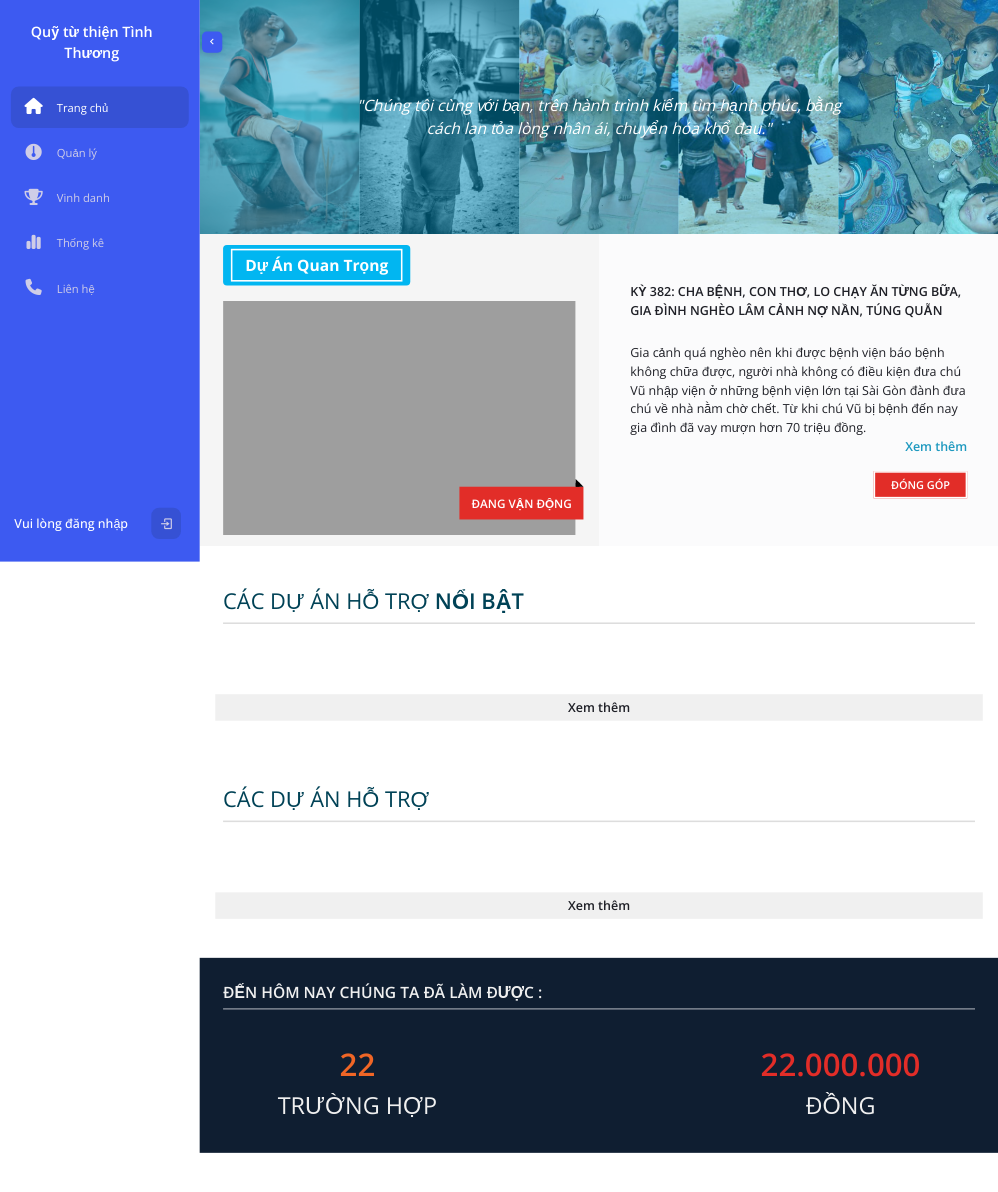
Repository: PhamTrungNguyen/tu-thien
Page: / (app in frontend/my-app/)
The author's editor kept a copy of each file at every save. The page is drawn from the files as they stood at one save, then again after the next save.
The browser window is 1280 px wide. The pictures show the whole page, at 78% of full size.
Pictures or frames that could not be fetched are drawn as grey boxes. The page's requests for data from a server got no answer. The project was rebuilt for these pictures with package versions that can differ from the ones it lists, and the page was loaded fresh each time. No one was signed in, and anything a server would have sent is missing. Also part of the build but not shown: frontend/my-app/src/js/SignUpJS.js, frontend/my-app/src/components/input/Input.js, frontend/my-app/src/components/radio/Radio.js, frontend/my-app/src/layout/signPage/FormDialog.js, frontend/my-app/src/components/icon/IconEyeOpen.js, frontend/my-app/src/components/icon/IconEyeClose.js, frontend/my-app/src/layout/signPage/SignUpPage.js, frontend/my-app/src/layout/signPage/SignInPage.js and 19 more.

Above is the page before, as saved 2022-11-13 20:58:58.

### frontend/my-app/public/index.html
<!DOCTYPE html>
<html lang="en">

<head>
  <meta charset="utf-8" />
  <link rel="icon" href="%PUBLIC_URL%/favicon.ico" />
  <meta name="viewport" content="width=device-width, initial-scale=1" />
  <meta name="theme-color" content="#000000" />
  <meta name="description" content="Web site created using create-react-app" />
  <link rel="apple-touch-icon" href="%PUBLIC_URL%/logo192.png" />
  <!--
      manifest.json provides metadata used when your web app is installed on a
      user's mobile device or desktop. See https://developers.google.com/web/fundamentals/web-app-manifest/
    -->
  <link rel="manifest" href="%PUBLIC_URL%/manifest.json" />
  <link href="https://unpkg.com/boxicons@2.0.9/css/boxicons.min.css" rel="stylesheet" />
  <!-- icon -->
  <link rel="stylesheet" href="https://cdnjs.cloudflare.com/ajax/libs/font-awesome/6.2.0/css/all.min.css"
    integrity="sha512-xh6O/CkQoPOWDdYTDqeRdPCVd1SpvCA9XXcUnZS2FmJNp1coAFzvtCN9BmamE+4aHK8yyUHUSCcJHgXloTyT2A=="
    crossorigin="anonymous" referrerpolicy="no-referrer" />
  <!-- font -->
  <link rel="preconnect" href="https://fonts.googleapis.com">
  <link rel="preconnect" href="https://fonts.gstatic.com" crossorigin>
  <link href="https://fonts.googleapis.com/css2?family=Open+Sans:wght@400;500;600;700&display=swap" rel="stylesheet">
  <!--
      Notice the use of %PUBLIC_URL% in the tags above.
      It will be replaced with the URL of the `public` folder during the build.
      Only files inside the `public` folder can be referenced from the HTML.

      Unlike "/favicon.ico" or "favicon.ico", "%PUBLIC_URL%/favicon.ico" will
      work correctly both with client-side routing and a non-root public URL.
      Learn how to configure a non-root public URL by running `npm run build`.
    -->
  <title>React App</title>
</head>

<body>
  <noscript>You need to enable JavaScript to run this app.</noscript>
  <div id="root"></div>
  <!--
      This HTML file is a template.
      If you open it directly in the browser, you will see an empty page.

      You can add webfonts, meta tags, or analytics to this file.
      The build step will place the bundled scripts into the <body> tag.

      To begin the development, run `npm start` or `yarn start`.
      To create a production bundle, use `npm run build` or `yarn build`.
    -->
</body>

</html>

### frontend/my-app/src/index.css
@tailwind base;
@tailwind components;
@tailwind utilities;
@import url("https://fonts.googleapis.com/css2?family=Dancing+Script:wght@400;500;600;700&display=swap");
@import url("https://fonts.googleapis.com/css2?family=Roboto:ital,wght@0,400;0,500;1,400&display=swap");
body {
  margin: 0;
  font-family: -apple-system, BlinkMacSystemFont, "Segoe UI", "Roboto", "Oxygen",
    "Ubuntu", "Cantarell", "Fira Sans", "Droid Sans", "Helvetica Neue",
    sans-serif;
  -webkit-font-smoothing: antialiased;
  -moz-osx-font-smoothing: grayscale;
}

code {
  font-family: source-code-pro, Menlo, Monaco, Consolas, "Courier New",
    monospace;
}

### frontend/my-app/src/App.css
body {
  font-family: "Open Sans", sans-serif;
}
.hidden-input {
  border: 0;
  clip: rect(0 0 0 0);
  height: 1px;
  margin: -1px;
  overflow: hidden;
  padding: 0;
  position: absolute;
  width: 1px;
  white-space: nowrap;
}
.pagination {
  display: flex;
  align-items: center;
  justify-content: center;
  gap: 0 1rem;
  font-size: 20px;
  transition: all 0.25s linear;
}
/* .pagination :hover {
  color: fuchsia;
} */
.selected {
  background-color: black;
  padding: 0px 7px;
  border-radius: 10px;
  color: white;
}

.previous {
}

### frontend/my-app/src/pages/HomePage.js
import React from "react";
import SidebarMenu from "../layout/homePage/SidebarMenu";
import "../css/homePageCSS.css";
import MainImage from "../layout/homePage/MainImage";
import ProjectImportant from "../layout/homePage/ProjectImportant";
import BarItem from "../components/bar/BarItem";
import ProjectList from "../layout/homePage/ProjectListHot";
import LoadMore from "../layout/homePage/LoadMore";
import Banner from "../layout/homePage/Banner";
import { useSelector } from "react-redux";
import UploadImage from "../layout/UploadImage";
import ProjectListHot from "../layout/homePage/ProjectListHot";

// import "../js/sidebarMenuJS";
const HomePage = () => {
	const user = JSON.parse(localStorage.getItem('userLogin'))
	return (

		<div className="flex">
			{/* <SidebarMenu props={user}></SidebarMenu> */}
			<main>

				<MainImage></MainImage>
				<ProjectImportant></ProjectImportant>
				<div className="">
					<BarItem>Nổi bật</BarItem>
					<ProjectListHot></ProjectListHot>
					<LoadMore></LoadMore>
				</div>
				<div className="">
					<BarItem></BarItem>
					<ProjectList></ProjectList>
					<LoadMore></LoadMore>
				</div>
				<Banner></Banner>
			</main>
		</div>
	);
};

export default HomePage;

### frontend/my-app/src/css/homePageCSS.css
@import url("https://fonts.googleapis.com/css2?family=Poppins:wght@200;300;400;500;600;700&display=swap");

*,
*::before,
*::after {
  padding: 0;
  margin: 0;
  box-sizing: border-box;
}

:root {
  --main-color: #3d5af1;
  --main-color-dark: #3651d4;
  --main-color-light: #5872f5;
  --text-color: #cfcde7;
}

body {
  font-family: "Open Sans", sans-serif;
  overflow-x: hidden;
  background-color: #ffffff;
}

/* a {
  text-decoration: none;
} */

ul {
  list-style: none;
}

nav {
  position: sticky;
  top: 0;
  left: 0;
  height: 100vh;
  background-color: var(--main-color);
  width: 16rem;
  padding: 1.8rem 0.85rem;
  color: #fff;
  display: flex;
  flex-direction: column;
  transition: width 0.5s ease-in-out;
  z-index: 5;
}

nav::before {
  content: "";
  position: absolute;
  width: 2rem;
  height: 100%;
  top: 0;
  left: 100%;
}

main {
  flex: 1;
  padding: 0;
  padding-top: 0;
  color: #1f2027;
  display: flex;
  flex-direction: column;
}

main h1 {
  margin-bottom: 1rem;
}

main .copyright {
  margin-top: auto;
  font-size: 0.9rem;
}

main .copyright span {
  color: var(--main-color);
  font-weight: 500;
  cursor: pointer;
}
/* ---------------- */
a.active {
  width: 100%;
  height: 53px;
  background-color: var(--main-color-dark);
  border-radius: 10px;
  transition: top 0.3s;
}
/* ---------------- */
.sidebar-top {
  position: relative;
  display: flex;
  align-items: center;
}

.sidebar-top .logo {
  width: 2.1rem;
  margin: 0 0.8rem;
}

.sidebar-top h3 {
  padding-left: 0.5rem;
  font-weight: 600;
  font-size: 1.15rem;
}

.shrink-btn {
  position: absolute;
  top: 50%;
  height: 27px;
  padding: 0 0.3rem;
  background-color: var(--main-color);
  border-radius: 6px;
  cursor: pointer;
  box-shadow: 0 3px 10px -3px rgba(70, 46, 118, 0.3);
  right: -2.65rem;
  transform: translateY(-50%) translateX(-8px);
  opacity: 0;
  pointer-events: none;
  transition: 0.3s;
}

.shrink-btn i {
  line-height: 27px;
  transition: 0.3s;
}

.shrink-btn:hover {
  background-color: var(--main-color-dark);
}

nav:hover .shrink-btn,
.shrink-btn.hovered {
  transform: translateY(-50%) translateX(0px);
  opacity: 1;
  pointer-events: all;
}

.search {
  min-height: 2.7rem;
  background-color: var(--main-color-light);
  margin: 2rem 0.5rem 1.7rem;
  display: grid;
  grid-template-columns: 2.7rem 1fr;
  align-items: center;
  text-align: center;
  border-radius: 50px;
  cursor: pointer;
}

.search input {
  height: 100%;
  border: none;
  background: none;
  outline: none;
  color: #fff;
  caret-color: #fff;
  font-family: inherit;
}

.search input::placeholder {
  color: var(--text-color);
}

.sidebar-links ul {
  position: relative;
}

.sidebar-links li {
  position: relative;
  padding: 2.5px 0;
}

.sidebar-links a {
  color: var(--text-color);
  font-weight: 400;
  font-size: 0.9rem;
  display: flex;
  align-items: center;
  height: 53px;
}

.icon {
  font-size: 1.3rem;
  text-align: center;
  min-width: 3.7rem;
  display: grid;
  grid-template-columns: 1fr;
  grid-template-rows: 1fr;
}

.icon i {
  grid-column: 1 / 2;
  grid-row: 1 / 2;
  transition: 0.3s;
}

/* .icon i:last-child {
  opacity: 0;
  color: #fff;
} */

.sidebar-links a.active,
.sidebar-links a:hover {
  color: #fff;
}

.sidebar-links a .link {
  transition: opacity 0.3s 0.2s, color 0.3s;
}

.sidebar-links a.active i:first-child {
  opacity: 0;
}

.sidebar-links a.active i:last-child {
  opacity: 1;
}

.active-tab {
  width: 100%;
  height: 53px;
  background-color: var(--main-color-dark);
  border-radius: 10px;
  position: absolute;
  top: 2.5px;
  left: 0;
  transition: top 0.3s;
}

.sidebar-links h4 {
  position: relative;
  font-size: 0.8rem;
  text-transform: uppercase;
  font-weight: 600;
  padding: 0 0.8rem;
  color: var(--text-color);
  letter-spacing: 0.5px;
  height: 45px;
  line-height: 45px;
  transition: opacity 0.3s 0.2s, height 0.5s 0s;
}

.sidebar-footer {
  position: relative;
  margin-top: auto;
}

.account {
  display: flex;
  align-items: center;
  justify-content: center;
  font-size: 1.3rem;
  color: var(--text-color);
  height: 53px;
  width: 3.7rem;
  opacity: 0;
  pointer-events: none;
  transition: opacity 0.3s 0s, color 0.3s 0s;
}

.account:hover {
  color: #fff;
}

.admin-user {
  display: flex;
  align-items: center;
}

.admin-profile {
  white-space: nowrap;
  max-width: 100%;
  transition: opacity 0.3s 0.2s, max-width 0.7s 0s ease-in-out;
  display: flex;
  align-items: center;
  flex: 1;
  overflow: hidden;
}

.admin-user img {
  width: 2.9rem;
  border-radius: 50%;
  margin: 0 0.4rem;
}

.admin-info {
  padding-left: 0.3rem;
}

.admin-info h3 {
  font-weight: 500;
  font-size: 1rem;
  line-height: 1.5;
}

.admin-info h5 {
  font-weight: 400;
  font-size: 0.75rem;
  color: var(--text-color);
  margin-top: 0.3rem;
  line-height: 1.5;
}

.log-out {
  display: flex;
  height: 40px;
  min-width: 2.4rem;
  background-color: var(--main-color-dark);
  color: var(--text-color);
  align-items: center;
  justify-content: center;
  font-size: 1.15rem;
  border-radius: 10px;
  margin: 0 0.65rem;
  transition: color 0.3s;
}

.log-out:hover {
  color: #fff;
}

.tooltip {
  background-color: var(--main-color);
  position: absolute;
  right: -1.2rem;
  top: 0;
  transform: translateX(100%) translateY(-50%);
  padding: 0 0.8rem;
  font-size: 0.85rem;
  display: none;
  grid-template-rows: 1fr;
  grid-template-columns: 1fr;
  height: 30px;
  align-items: center;
  border-radius: 7px;
  box-shadow: 0 3px 10px -3px rgba(70, 46, 118, 0.3);
  opacity: 0;
  pointer-events: none;
  transition: all 0.3s;
  text-align: center;
  white-space: nowrap;
}

.tooltip span {
  grid-column: 1 / 2;
  grid-row: 1 / 2;
  opacity: 0;
  transition: 0.3s;
}

.tooltip span.show {
  opacity: 1;
}

.tooltip-element:hover ~ .tooltip {
  opacity: 1;
  pointer-events: all;
}

/* When the menu shrinks */

.hide {
  transition: opacity 0.3s 0.2s;
}

body.shrink nav {
  width: 5.4rem;
}

body.shrink .hide {
  opacity: 0;
  pointer-events: none;
  transition-delay: 0s;
}
.hide_title {
  position: absolute;
  top: 50%;
  width: 200px;
  transform: translateY(-50%);
}

body.shrink .shrink-btn i {
  transform: rotate(-180deg);
}

body.shrink .sidebar-links h4 {
  height: 10px;
}

body.shrink .account {
  opacity: 1;
  pointer-events: all;
  transition: opacity 0.3s 0.3s, color 0.3s 0s;
}

body.shrink .admin-profile {
  max-width: 0;
  transition: opacity 0.3s 0s, max-width 0.7s 0s ease-in-out;
}

body.shrink .tooltip {
  display: grid;
}
/* ------------------ */
.image-blur {
  width: 100%;
  height: 100%;
  background-color: #01b6f1;
  position: absolute;
  top: 0;
  left: 0;
  opacity: 0.4;
}
.text-image {
  position: absolute;
  top: 50%;
  left: 50%;
  transform: translate(-50%, -50%);
  font-size: 20px;
  color: white;
  width: 650px;
}
/* projectImportant */
.caption-box {
  background-color: #01b6f1;
  width: 240px;
  padding: 5px 10px;
  border-radius: 5px;
  color: white;
}
.caption-text {
  border: 2px solid white;
  padding: 4px;
}
/* project item */
.bar-item_text:before {
  content: " ";
  border-bottom: 2px solid #dddddd;
  width: 100%;
  position: absolute;
  bottom: 0;
  left: 0;
}
.itemSupport-item:hover {
  transform: translateY(-10px);
}
.itemSupport-item:hover .status {
  opacity: 0;
}
.itemSupport-title {
  display: -webkit-box;
  -webkit-line-clamp: 3;
  -webkit-box-orient: vertical;
  overflow: hidden;
  text-overflow: ellipsis;
  width: 100%;
  max-width: 100%;
  white-space: pre-wrap;
  word-break: break-word;
}
.itemSupport-desc {
  display: -webkit-box;
  -webkit-line-clamp: 7;
  -webkit-box-orient: vertical;
  overflow: hidden;
  text-overflow: ellipsis;
  width: 100%;
  max-width: 100%;
  white-space: pre-wrap;
  word-break: break-word;
}
/*  */

Loaded but not shown: frontend/my-app/src/layout/homePage/SidebarMenu.js (195 lines, source omitted); frontend/my-app/src/js/sidebarMenuJS.js (95 lines, source omitted); frontend/my-app/src/layout/homePage/ProjectImportant.js (56 lines, source omitted); frontend/my-app/src/layout/homePage/MainImage.js (58 lines, source omitted); frontend/my-app/src/layout/homePage/ProjectListHot.js (38 lines, source omitted); frontend/my-app/src/layout/homePage/Banner.js (25 lines, source omitted); frontend/my-app/src/App.js (31 lines, source omitted); frontend/my-app/src/components/button/ButtonDonate.js (35 lines, source omitted); frontend/my-app/src/index.js (30 lines, source omitted); frontend/my-app/src/components/button/ButtonStatus.js (37 lines, source omitted); frontend/my-app/src/components/bar/BarItem.js (27 lines, source omitted); frontend/my-app/src/pages/DashboardLayout.js (18 lines, source omitted); frontend/my-app/src/redux/reduxSlice.js (18 lines, source omitted); frontend/my-app/src/layout/homePage/LoadMore.js (11 lines, source omitted); frontend/my-app/src/redux/configureStore.js (11 lines, source omitted); frontend/my-app/tailwind.config.js (11 lines, source omitted); frontend/my-app/src/menuColor.js (5 lines, source omitted); frontend/my-app/src/css/signUpCSS.css (449 lines, source omitted); frontend/my-app/src/reportWebVitals.js (no copy from this time; the picture is the same without it)

After the next save:
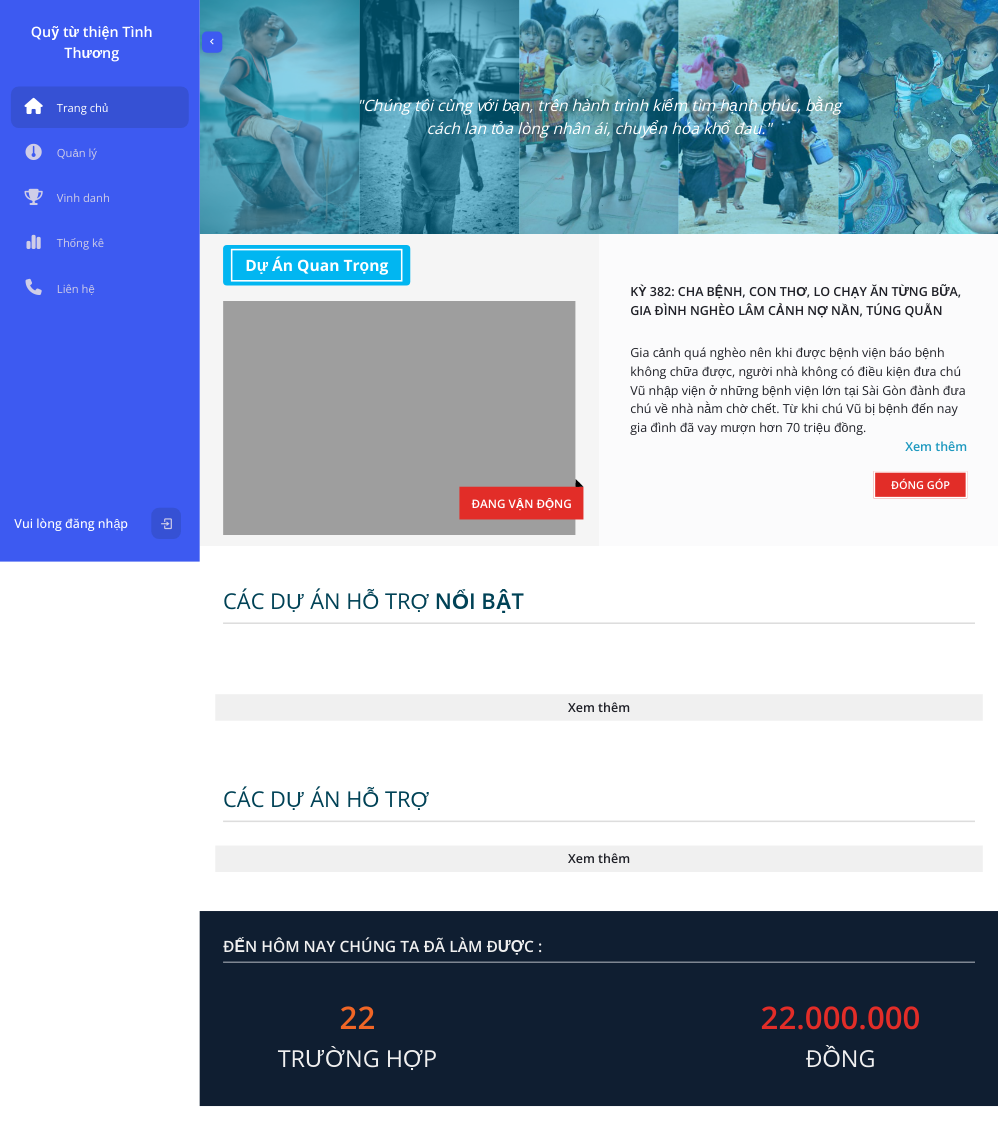
Saved 7 s later.
--- a/frontend/my-app/src/pages/HomePage.js
+++ b/frontend/my-app/src/pages/HomePage.js
@@ -29,7 +29,6 @@
 				</div>
 				<div className="">
 					<BarItem></BarItem>
-					<ProjectList></ProjectList>
 					<LoadMore></LoadMore>
 				</div>
 				<Banner></Banner>

After the save that followed:
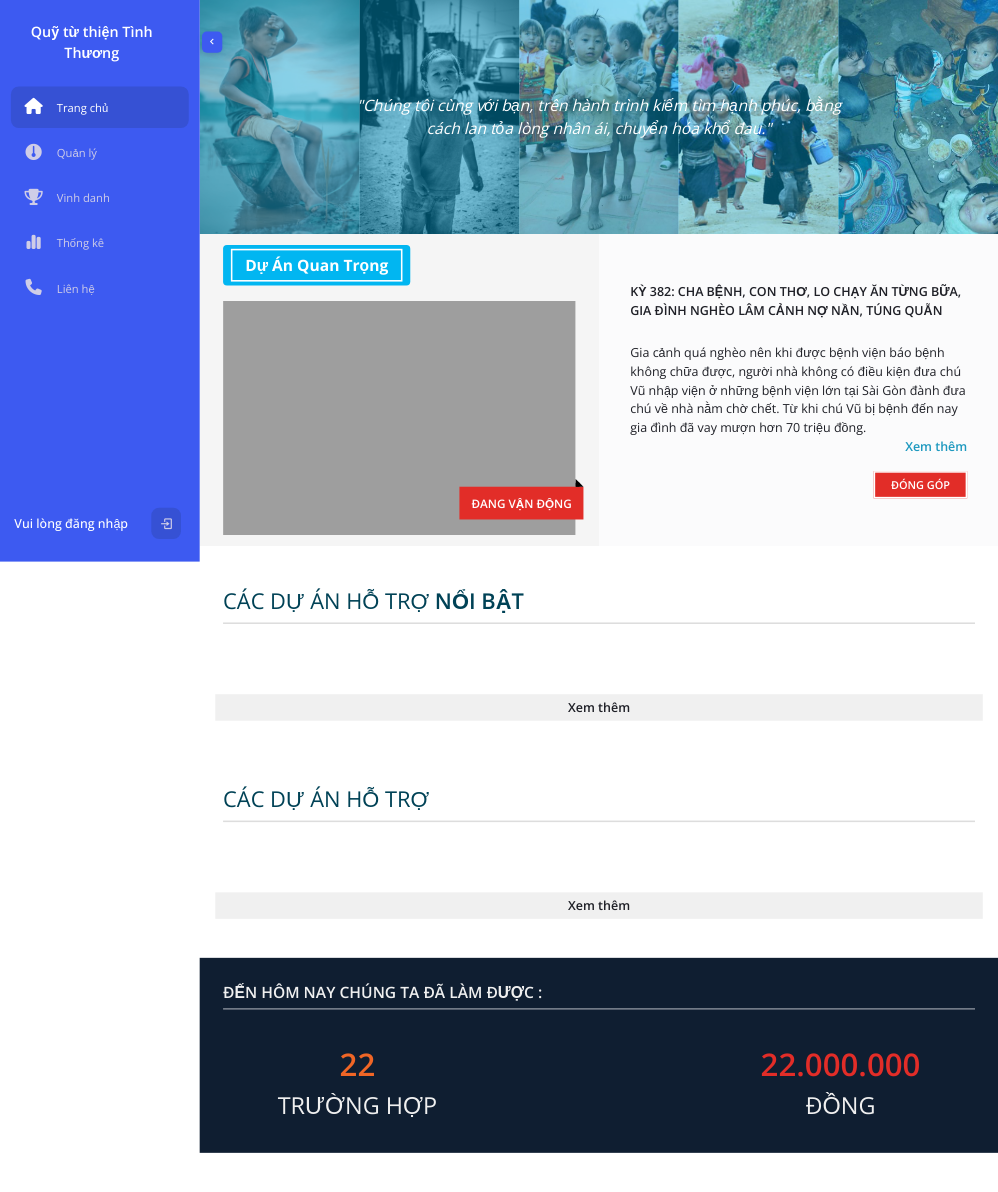
Saved 6 s later.
--- a/frontend/my-app/src/pages/HomePage.js
+++ b/frontend/my-app/src/pages/HomePage.js
@@ -29,6 +29,7 @@
 				</div>
 				<div className="">
 					<BarItem></BarItem>
+					<ProjectList></ProjectList>
 					<LoadMore></LoadMore>
 				</div>
 				<Banner></Banner>
